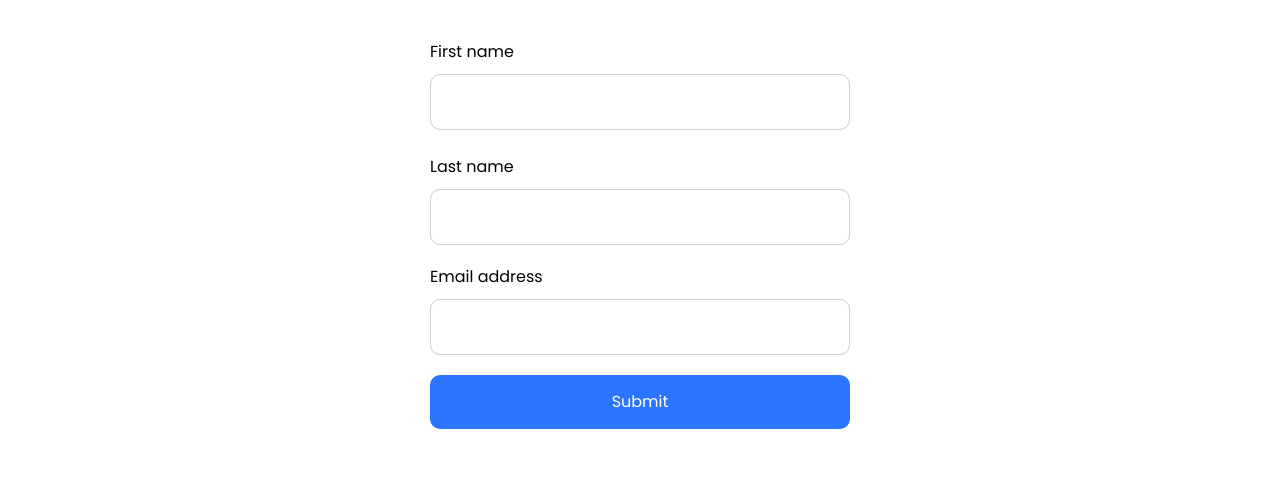
Repository: hoang0508/ReactJsDevWork
Page: /
These files come from the project's save history. The page is drawn as it stood at one moment and after the next save; the edit follows.
The browser window is 1280 px wide. The pictures show the whole page.
The project was rebuilt for these pictures with package versions that can differ from the ones it lists, and the page was loaded fresh each time.

Above is the page before, as saved 2022-02-13 15:53:09.

### src/index.scss
body {
  margin: 0;
  font-family: "Poppins", sans-serif;
  font-size: 16px;
  -webkit-font-smoothing: antialiased;
  -moz-osx-font-smoothing: grayscale;
}

code {
  font-family: source-code-pro, Menlo, Monaco, Consolas, "Courier New",
    monospace;
}

### src/App.js
import "./App.scss";
import FormV2 from "./components/Form/FormV2";
// import YoutubeSearch from "./components/YTBSearch/YoutubeSearch";
// import Product from "./components/Product/Product";
// import Button from "./components/Button/Button";
// import Food from "./components/FoodApi/Food";

function App() {
  return (
    <>
      {/* <div>Hello</div> */}
      {/* <Food /> */}
      {/* <Button /> */}
      {/* <Product /> */}
      {/* <YoutubeSearch /> */}
      <FormV2 />
    </>
  );
}

export default App;

### src/App.scss
@import url("https://fonts.googleapis.com/css2?family=Poppins:ital,wght@0,300;0,400;0,500;0,600;0,700;1,600&family=Red+Hat+Display:wght@300;400;500;600;700&display=swap");
*,
*::before,
*::after {
  box-sizing: border-box;
}
body,
h1,
h2,
h3,
h4,
h5,
h6,
p,
figure,
picture {
  margin: 0;
}
body {
  min-height: 100vh;
  line-height: 1.5;
}
input,
button,
select,
textarea {
  font: inherit;
}
img,
picture {
  display: block;
  max-width: 100%;
}
/* remove animation for people who've turned them off */
@media (prefers-reduced-motion: reduce) {
  *,
  *::before,
  *::after {
    animation-duration: 0.01ms !important;
    animation-iteration-count: 1 !important;
    transition-duration: 0.01ms !important;
    scroll-behavior: auto !important;
  }
}

// body {
//   background: #eb3349; /* fallback for old browsers */
//   background: -webkit-linear-gradient(
//     to right,
//     #f45c43,
//     #eb3349
//   ); /* Chrome 10-25, Safari 5.1-6 */
//   background: linear-gradient(
//     to right,
//     #f45c43,
//     #eb3349
//   ); /* W3C, IE 10+/ Edge, Firefox 16+, Chrome 26+, Opera 12+, Safari 7+ */
// }

// body {
//   background-color: #181818;
// }

### src/components/Form/FormV2.js
import React from "react";
import "./Form.scss";
import { Formik, Field, ErrorMessage, Form } from "formik";
import * as Yub from "yup";
const FormV2 = () => {
  return (
    <Formik
      initialValues={{
        firstName: "",
        lastName: "",
        email: "",
      }}
      validationSchema={Yub.object({
        firstName: Yub.string()
          .max(20, "Must be 20 characters or less")
          .required("Required"),
        lastName: Yub.string()
          .max(10, "Must be 10 characters or less")
          .required("Required"),
        email: Yub.string().email().required("Required"),
      })}
      onSubmit={(values) => {
        console.log(values);
      }}
    >
      <Form className="form">
        <div className="form-group">
          <label htmlFor="firstName" className="form-label">
            First name
          </label>
          <Field
            className="form-input"
            type="text"
            name="firstName"
            id="firstName"
          ></Field>
          <div className="form-error">
            <ErrorMessage name="firstName"></ErrorMessage>
          </div>
        </div>
        <div className="form-group">
          <label htmlFor="lastName" className="form-label">
            Last name
          </label>
          <Field
            className="form-input"
            type="text"
            name="lastName"
            id="lastName"
          ></Field>
          {/* Validation Error , sử dụng touched , error */}
        </div>
        <div className="form-group">
          <label htmlFor="email" className="form-label">
            Email address
          </label>
          <Field
            className="form-input"
            type="email"
            name="email"
            id="email"
          ></Field>
          {/* Validation Error , sử dụng touched , error */}
        </div>
        <button type="submit" className="form-btn">
          Submit
        </button>
      </Form>
    </Formik>
  );
};

export default FormV2;

### src/components/Form/Form.scss
.form {
  padding: 40px;
  max-width: 500px;
  width: 100%;
  margin: 0 auto;
  &-group {
    display: flex;
    flex-direction: column;
    margin-bottom: 20px;
  }
  &-label {
    margin-bottom: 10px;
  }
  &-input {
    padding: 15px;
    border: 1px solid #ccc;
    border-radius: 10px;
    outline: none;
  }
  &-btn {
    background-color: #2c76ff;
    color: #fff;
    outline: none;
    border: 0;
    border-radius: 10px;
    width: 100%;
    padding: 15px;
    cursor: pointer;
  }
  &-error {
    margin-top: 5px;
    font-size: 14px;
    color: crimson;
  }
}

Loaded but not shown: public/index.html (common file); src/index.js (common file); src/reportWebVitals.js (common file)

After the next save:
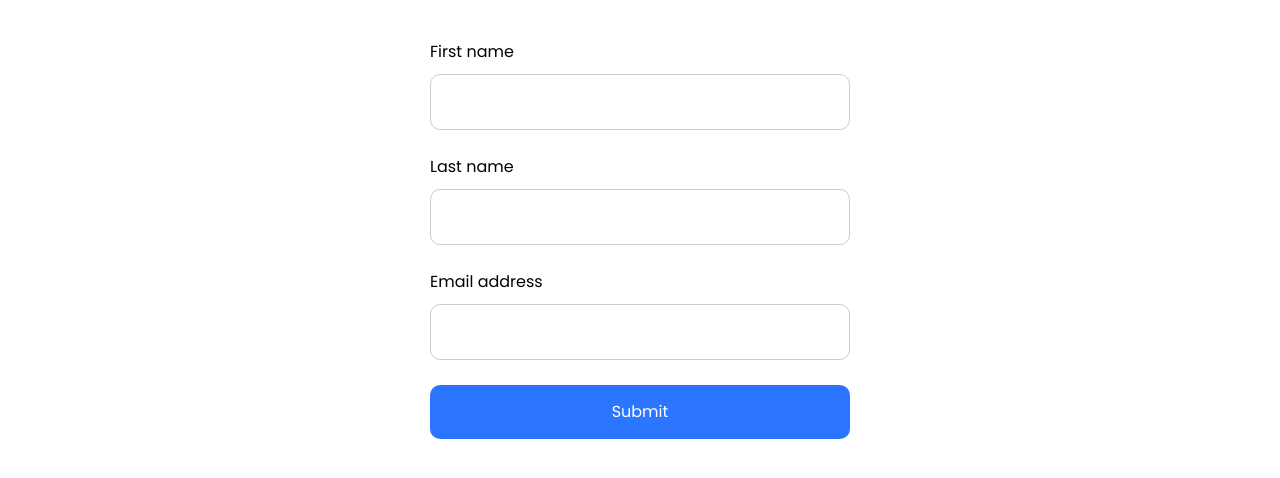
Saved 5 min 25 s later.
--- a/src/components/Form/FormV2.js
+++ b/src/components/Form/FormV2.js
@@ -4,6 +4,7 @@ import { Formik, Field, ErrorMessage, Form } from "formik";
 import * as Yub from "yup";
 const FormV2 = () => {
   return (
+    //  Sử dụng thẻ Formik
     <Formik
       initialValues={{
         firstName: "",
@@ -23,17 +24,20 @@ const FormV2 = () => {
         console.log(values);
       }}
     >
+      {/* Thay form = Form */}
       <Form className="form">
         <div className="form-group">
           <label htmlFor="firstName" className="form-label">
             First name
           </label>
+          {/* Thay input = Field */}
           <Field
             className="form-input"
             type="text"
             name="firstName"
             id="firstName"
           ></Field>
+          {/* Validate Form */}
           <div className="form-error">
             <ErrorMessage name="firstName"></ErrorMessage>
           </div>
@@ -48,7 +52,10 @@ const FormV2 = () => {
             name="lastName"
             id="lastName"
           ></Field>
-          {/* Validation Error , sử dụng touched , error */}
+          {/* Validate Form */}
+          <div className="form-error">
+            <ErrorMessage name="lastName"></ErrorMessage>
+          </div>
         </div>
         <div className="form-group">
           <label htmlFor="email" className="form-label">
@@ -60,7 +67,10 @@ const FormV2 = () => {
             name="email"
             id="email"
           ></Field>
-          {/* Validation Error , sử dụng touched , error */}
+          {/* Validate Form */}
+          <div className="form-error">
+            <ErrorMessage name="email"></ErrorMessage>
+          </div>
         </div>
         <button type="submit" className="form-btn">
           Submit
